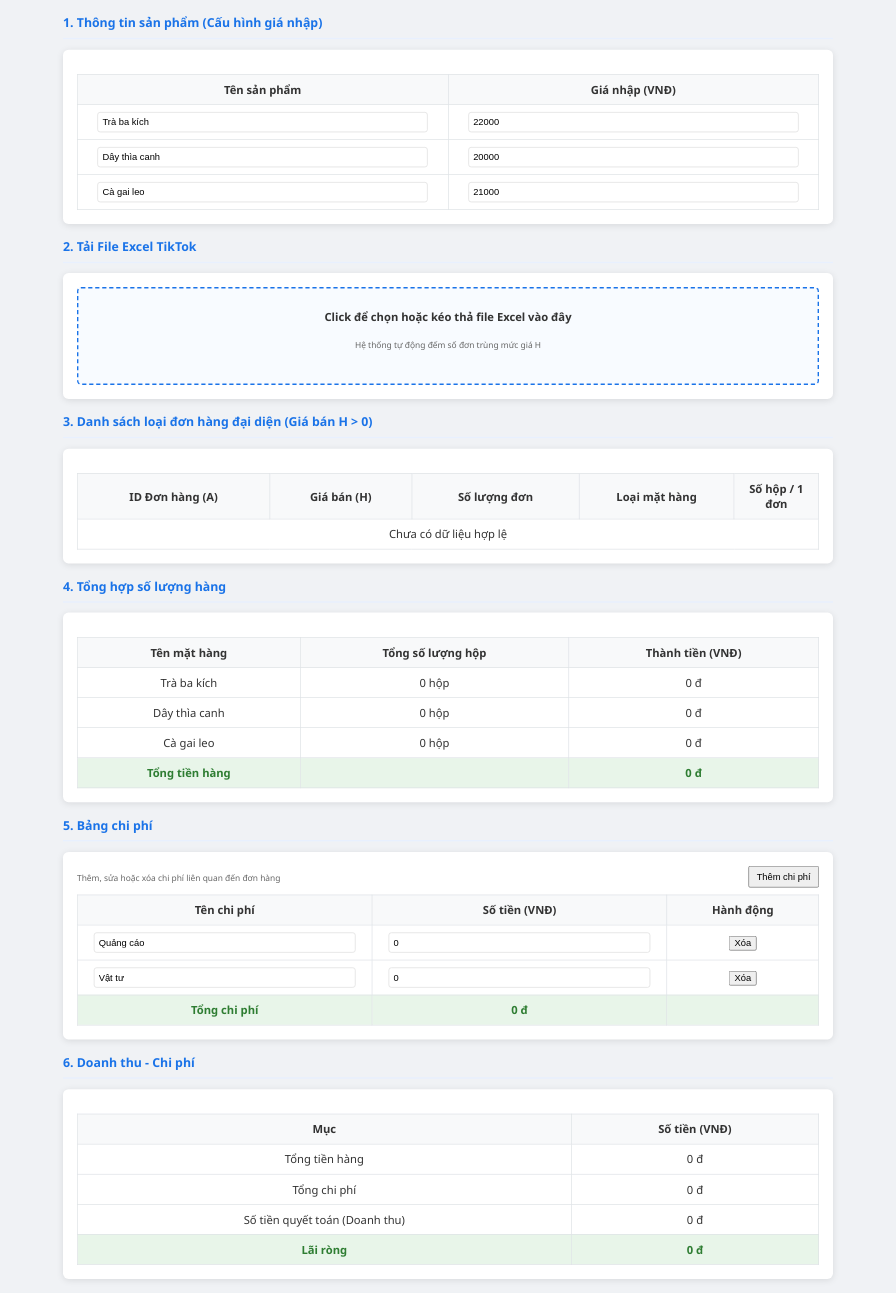
Repository: vanphi96/quyettoan.philv
Page: index.html
The author's editor kept a copy of each file at every save. The page is drawn from the files as they stood at one save, then again after the next save.
The browser window is 1280 px wide. The pictures show the whole page, at 70% of full size.

Above is the page before, as saved 2026-04-11 22:54:53.

### index.html
<!DOCTYPE html>
<html lang="vi">
<head>
    <meta charset="UTF-8">
    <meta name="viewport" content="width=device-width, initial-scale=1.0">
    <title>Quản Lý Đơn Hàng TikTok</title>
    <script src="https://cdn.jsdelivr.net/npm/xlsx@0.18.5/dist/xlsx.full.min.js"></script>
    <style>
        body { font-family: 'Segoe UI', Tahoma, Geneva, Verdana, sans-serif; margin: 20px; background-color: #f0f2f5; color: #333; }
        .container { max-width: 1100px; margin: auto; }
        .section { background: white; padding: 20px; border-radius: 8px; box-shadow: 0 2px 10px rgba(0,0,0,0.1); margin-bottom: 20px; }
        h2 { color: #1a73e8; border-bottom: 2px solid #e8f0fe; padding-bottom: 10px; margin-top: 0; font-size: 1.1rem; }
        table { width: 100%; border-collapse: collapse; margin-top: 15px; background: #fff; }
        th, td { border: 1px solid #dee2e6; padding: 10px; text-align: center; }
        th { background-color: #f8f9fa; font-weight: 600; }
        input[type="number"], select, input[type="text"] { width: 90%; padding: 6px; border: 1px solid #ddd; border-radius: 4px; }
        .file-input-box { padding: 30px; border: 2px dashed #1a73e8; border-radius: 6px; text-align: center; background: #f8fbff; cursor: pointer; }
        .price-tag { color: #d32f2f; font-weight: bold; }
        .settlement-tag { color: #2e7d32; font-weight: bold; }
        .count-tag { color: #1a73e8; font-weight: bold; }
        .total-row { background-color: #e8f5e9; font-weight: bold; color: #2e7d32; }
        small { color: #666; font-size: 0.75rem; }
    </style>
</head>
<body>

<div class="container">
    <h2>1. Thông tin sản phẩm (Cấu hình giá nhập)</h2>
    <div class="section">
        <table>
            <thead>
                <tr>
                    <th>Tên sản phẩm</th>
                    <th>Giá nhập (VNĐ)</th>
                </tr>
            </thead>
            <tbody id="productBody"></tbody>
        </table>
    </div>

    <h2 id="excelHeader">2. Tải File Excel TikTok</h2>
    <div class="section">
        <div class="file-input-box" onclick="document.getElementById('excelFile').click()">
            <input type="file" id="excelFile" accept=".xlsx, .xls" style="display:none" />
            <b>Click để chọn hoặc kéo thả file Excel vào đây</b>
            <p><small>Hệ thống tự động đếm số đơn trùng mức giá H</small></p>
        </div>
    </div>

    <h2>3. Danh sách loại đơn hàng đại diện (Giá bán H > 0)</h2>
    <div class="section" style="overflow-x: auto;">
        <table>
            <thead>
                <tr>
                    <th>ID Đơn hàng (A)</th>
                    <th>Giá bán (H)</th>
                    <th>Số lượng đơn</th>
                    <th style="width: 200px;">Loại mặt hàng</th>
                    <th style="width: 100px;">Số hộp / 1 đơn</th>
                </tr>
            </thead>
            <tbody id="filterBody">
                <tr><td colspan="5">Chưa có dữ liệu hợp lệ</td></tr>
            </tbody>
        </table>
    </div>

    <h2>4. Tổng hợp số lượng hàng</h2>
    <div class="section">
        <table>
            <thead>
                <tr>
                    <th>Tên mặt hàng</th>
                    <th>Tổng số lượng hộp</th>
                    <th>Thành tiền (VNĐ)</th>
                </tr>
            </thead>
            <tbody id="summaryBody"></tbody>
        </table>
    </div>

    <h2>5. Bảng chi phí</h2>
    <div class="section">
        <div style="display:flex; justify-content:space-between; align-items:center;">
            <div><small>Thêm, sửa hoặc xóa chi phí liên quan đến đơn hàng</small></div>
            <button id="addExpenseBtn" style="padding:6px 10px;">Thêm chi phí</button>
        </div>
        <table style="margin-top:10px;">
            <thead>
                <tr>
                    <th>Tên chi phí</th>
                    <th>Số tiền (VNĐ)</th>
                    <th>Hành động</th>
                </tr>
            </thead>
            <tbody id="expenseBody"></tbody>
            <tfoot>
                <tr class="total-row">
                    <td>Tổng chi phí</td>
                    <td id="expenseTotal">0 đ</td>
                    <td></td>
                </tr>
            </tfoot>
        </table>
    </div>

    <h2>6. Doanh thu - Chi phí</h2>
    <div class="section">
        <table>
            <thead>
                <tr>
                    <th>Mục</th>
                    <th>Số tiền (VNĐ)</th>
                </tr>
            </thead>
            <tbody>
                <tr>
                    <td>Tổng tiền hàng</td>
                    <td id="totalGoodsValue">0 đ</td>
                </tr>
                <tr>
                    <td>Tổng chi phí</td>
                    <td id="costsValue">0 đ</td>
                </tr>
                <tr>
                    <td>Số tiền quyết toán (Doanh thu)</td>
                    <td id="revenueValue">0 đ</td>
                </tr>
                <tr class="total-row">
                    <td>Lãi ròng</td>
                    <td id="profitValue">0 đ</td>
                </tr>
            </tbody>
        </table>
    </div>
</div>

<script>
    let products = [
        { name: "Trà ba kích", price: 22000 },
        { name: "Dây thìa canh", price: 20000 },
        { name: "Cà gai leo", price: 21000 }
    ];

    let filteredDataMap = new Map();
    let totalPayAll = 0;
    let totalGoodsMoney = 0;
    // Expenses management
    let expenses = [
        { name: 'Quảng cáo', amount: 0 },
        { name: 'Vật tư', amount: 0 }
    ];

    function renderExpenses() {
        const tbody = document.getElementById('expenseBody');
        tbody.innerHTML = expenses.map((e, i) => `
            <tr data-idx="${i}">
                <td><input type="text" class="exp-name" value="${e.name}" onchange="onExpenseChange(${i}, 'name', this.value)"></td>
                <td>
                    <input type="text" class="exp-amt" value="${(Number(e.amount) || 0).toLocaleString()}" onfocus="onExpenseFocus(${i}, this)" onblur="onExpenseBlur(${i}, this)">
                </td>
                <td><button onclick="removeExpense(${i})">Xóa</button></td>
            </tr>
        `).join('');
        updateExpenseTotal();
    }

    function onExpenseChange(index, field, value) {
        if (!expenses[index]) return;
        if (field === 'name') expenses[index].name = value;
        if (field === 'amount') expenses[index].amount = Number(value) || 0;
        updateExpenseTotal();
    }

    function onExpenseFocus(index, input) {
        // remove formatting so user can type plain number
        const raw = String(input.value).replace(/[^0-9.-]+/g, '');
        input.value = raw || '';
    }

    function onExpenseBlur(index, input) {
        const num = Number(String(input.value).replace(/[^0-9.-]+/g, '')) || 0;
        expenses[index].amount = num;
        input.value = num.toLocaleString();
        updateExpenseTotal();
    }

    function addExpense() {
        expenses.push({ name: 'Mẫu', amount: 0 });
        renderExpenses();
        // focus new row's name input
        setTimeout(() => {
            const lastName = document.querySelector('#expenseBody tr:last-child .exp-name');
            const lastAmt = document.querySelector('#expenseBody tr:last-child .exp-amt');
            if (lastName) lastName.focus();
            if (lastAmt) lastAmt.value = '0';
        }, 50);
    }

    function removeExpense(i) {
        expenses.splice(i, 1);
        renderExpenses();
    }

    function updateExpenseTotal() {
        const total = expenses.reduce((s, e) => s + (Number(e.amount) || 0), 0);
        document.getElementById('expenseTotal').textContent = total.toLocaleString() + ' đ';
        // update financial summary whenever expenses change
        updateFinancials();
    }

    document.getElementById('addExpenseBtn').addEventListener('click', addExpense);

    // Render expenses on load so default rows are visible
    renderExpenses();

    function updateFinancials() {
        // revenue comes from totalPayAll (updated when loading excel)
        const revenueEl = document.getElementById('revenueValue');
        const costsEl = document.getElementById('costsValue');
        const profitEl = document.getElementById('profitValue');
        const totalGoodsEl = document.getElementById('totalGoodsValue');

    const revenue = Number(totalPayAll) || 0; // số tiền quyết toán (doanh thu từ file)
    const costs = expenses.reduce((s, e) => s + (Number(e.amount) || 0), 0);
    const goods = Number(totalGoodsMoney) || 0; // tổng tiền hàng tính từ bảng 4
    const profit = revenue - costs - goods;

        if (totalGoodsEl) totalGoodsEl.textContent = goods.toLocaleString() + ' đ';
        if (revenueEl) revenueEl.textContent = revenue.toLocaleString() + ' đ';
        if (costsEl) costsEl.textContent = costs.toLocaleString() + ' đ';
        if (profitEl) profitEl.textContent = profit.toLocaleString() + ' đ';
    }

    function renderProductConfig() {
        const tbody = document.getElementById('productBody');
        tbody.innerHTML = products.map((p, i) => `
            <tr>
                <td><input type="text" value="${p.name}" onchange="products[${i}].name = this.value; updateAll();"></td>
                <td><input type="number" value="${p.price}" onchange="products[${i}].price = parseInt(this.value)"></td>
            </tr>
        `).join('');
        updateSummaryTable();
    }

    document.getElementById('excelFile').addEventListener('change', function(e) {
        const file = e.target.files[0];
        if (!file) return;
        const reader = new FileReader();
        reader.onload = function(evt) {
            const data = new Uint8Array(evt.target.result);
            const workbook = XLSX.read(data, { type: 'array' });
            const sheet = workbook.Sheets[workbook.SheetNames[0]];
            const rows = XLSX.utils.sheet_to_json(sheet, { header: 1, defval: "" });
            processExcel(rows);
        };
        reader.readAsArrayBuffer(file);
    });

    function processExcel(rows) {
        filteredDataMap = new Map();
        totalPayAll = 0;
        for (let i = 1; i < rows.length; i++) {
            const row = rows[i];
            if (!row || row.length < 8) continue;
            const priceH = parseFloat(row[7]);
            // parse pay (column F, index 5) safely (remove non-numeric chars)
            const rawPay = row[5];
            const payF = Number(String(rawPay).replace(/[^0-9.-]+/g, '')) || 0;
            totalPayAll += payF;
            if (!isNaN(priceH) && priceH !== 0) {
                if (!filteredDataMap.has(priceH)) {
                    filteredDataMap.set(priceH, { id: row[0], paySum: payF, count: 1 });
                } else {
                    const entry = filteredDataMap.get(priceH);
                    entry.count++;
                    entry.paySum = (Number(entry.paySum) || 0) + payF;
                }
            }
        }
        // update header label with total
        const header = document.getElementById('excelHeader');
        if (header) header.textContent = `2. Tải File Excel TikTok (Tổng tiền quyết toán: ${totalPayAll.toLocaleString()} VND)`;
        renderFilterTable();
    }

    function renderFilterTable() {
        const tbody = document.getElementById('filterBody');
        tbody.innerHTML = '';
        if (filteredDataMap.size === 0) {
            tbody.innerHTML = '<tr><td colspan="5">Không có đơn hàng nào hợp lệ</td></tr>';
            return;
        }

        const productOptions = products.map(p => `<option value="${p.name}">${p.name}</option>`).join('');
        const sortedPrices = Array.from(filteredDataMap.keys()).sort((a, b) => b - a);

        sortedPrices.forEach(priceKey => {
            const data = filteredDataMap.get(priceKey);
            const tr = document.createElement('tr');
            tr.className = "order-row";
            tr.innerHTML = `
                <td><small>${data.id}</small></td>
                <td class="price-tag">${priceKey.toLocaleString()} đ</td>
                <td class="count-tag">${data.count} đơn</td>
                <td>
                    <select class="product-select" onchange="updateSummaryTable()">
                        <option value="">-- Chọn sản phẩm --</option>
                        ${productOptions}
                    </select>
                </td>
                <td>
                    <input type="number" class="qty-per-order" min="0" value="1" oninput="updateSummaryTable()" data-order-count="${data.count}">
                </td>
            `;
            tbody.appendChild(tr);
        });
        updateSummaryTable();
    }

    function updateSummaryTable() {
        const summaryBody = document.getElementById('summaryBody');
        const totalCounts = {};
        const totalMoney = {};
        products.forEach(p => totalCounts[p.name] = 0);
        products.forEach(p => totalMoney[p.name] = 0);

        const rows = document.querySelectorAll('.order-row');
        rows.forEach(row => {
            const productName = row.querySelector('.product-select').value;
            const orderCount = parseInt(row.querySelector('.qty-per-order').dataset.orderCount) || 0;
            const boxesPerOrder = parseInt(row.querySelector('.qty-per-order').value) || 0;

            if (productName && totalCounts.hasOwnProperty(productName)) {
                const boxes = (orderCount * boxesPerOrder);
                totalCounts[productName] += boxes;
                const prod = products.find(pr => pr.name === productName);
                const unitPrice = prod ? (Number(prod.price) || 0) : 0;
                totalMoney[productName] += boxes * unitPrice;
            }
        });

        summaryBody.innerHTML = products.map(p => `
            <tr class="${totalCounts[p.name] > 0 ? 'total-row' : ''}">
                <td>${p.name}</td>
                <td>${totalCounts[p.name].toLocaleString()} hộp</td>
                <td>${totalMoney[p.name].toLocaleString()} đ</td>
            </tr>
        `).join('');
        // Append grand total row for all products' money
        const grandTotal = Object.values(totalMoney).reduce((s, v) => s + (Number(v) || 0), 0);
        const totalRow = document.createElement('tr');
        totalRow.className = 'total-row';
        totalRow.innerHTML = `
            <td>Tổng tiền hàng</td>
            <td></td>
            <td>${grandTotal.toLocaleString()} đ</td>
        `;
        summaryBody.appendChild(totalRow);
        // update global totalGoodsMoney and financials
        totalGoodsMoney = grandTotal;
        updateFinancials();
    }

    function updateAll() {
        if (filteredDataMap.size > 0) renderFilterTable();
        else renderProductConfig();
    }

    renderProductConfig();
</script>
</body>
</html>

After the next save:
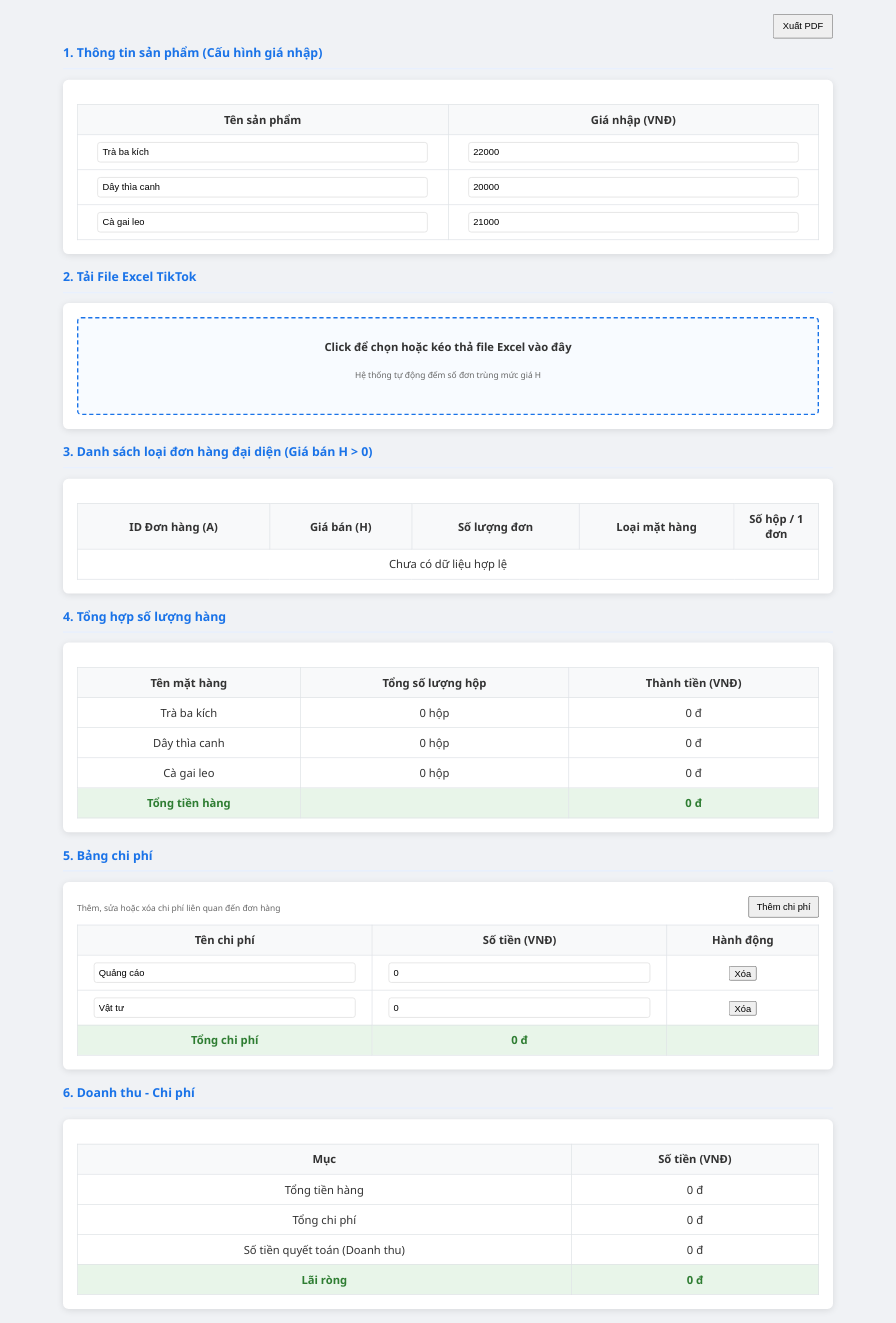
Saved 12 min 8 s later.
--- a/index.html
+++ b/index.html
@@ -25,6 +25,9 @@
 <body>
 
 <div class="container">
+    <div style="display:flex; justify-content:flex-end; gap:10px; margin-bottom:8px;">
+        <button id="exportPdfBtn" style="padding:8px 12px;">Xuất PDF</button>
+    </div>
     <h2>1. Thông tin sản phẩm (Cấu hình giá nhập)</h2>
     <div class="section">
         <table>
